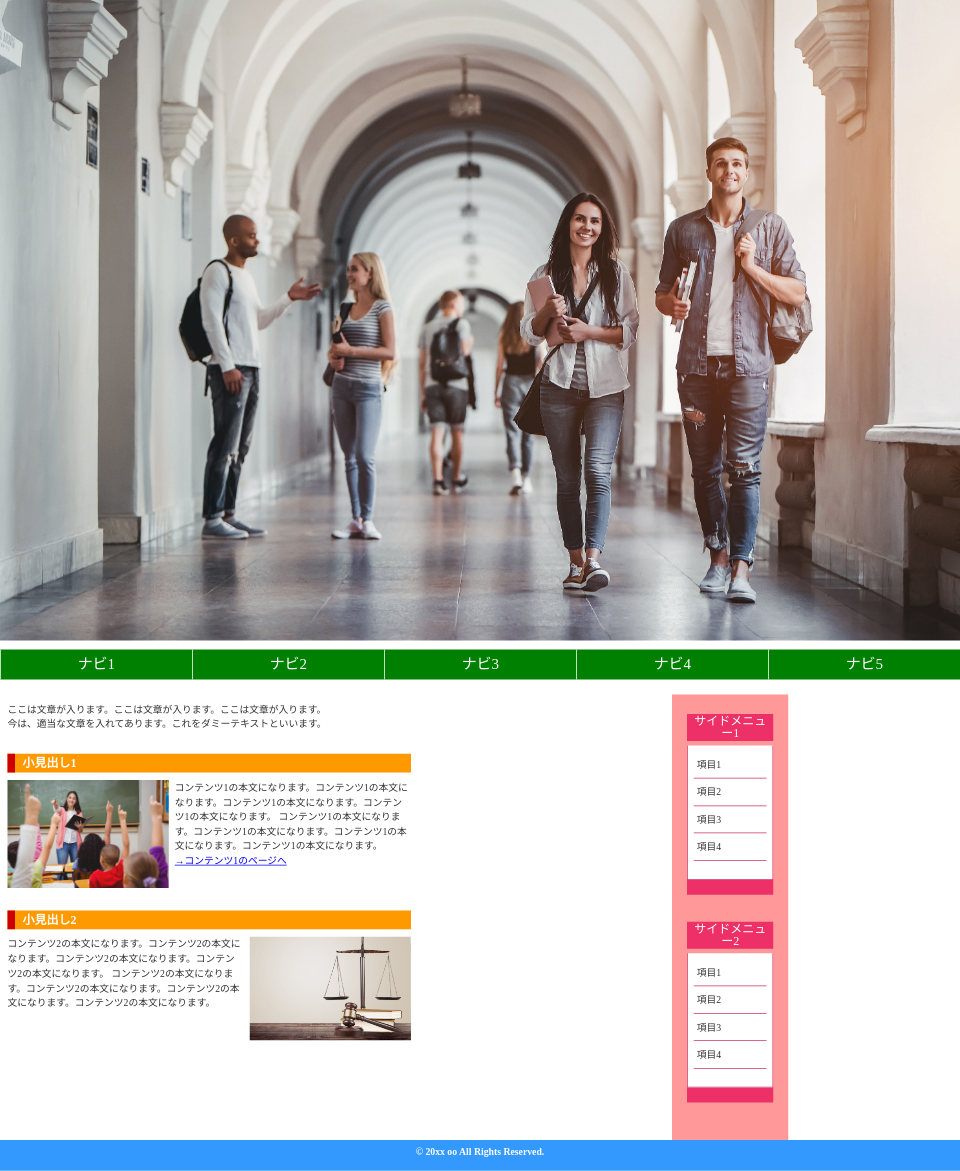
Repository: BenBen-san/Typing-Game
Page: home.html
The author's editor kept a record of every edit. The page is drawn from the files as they stood at one moment, then again after the next edit.
The browser window is 1280 px wide. The pictures show the whole page, at 75% of full size.

Above is the page before.

After the next edit:
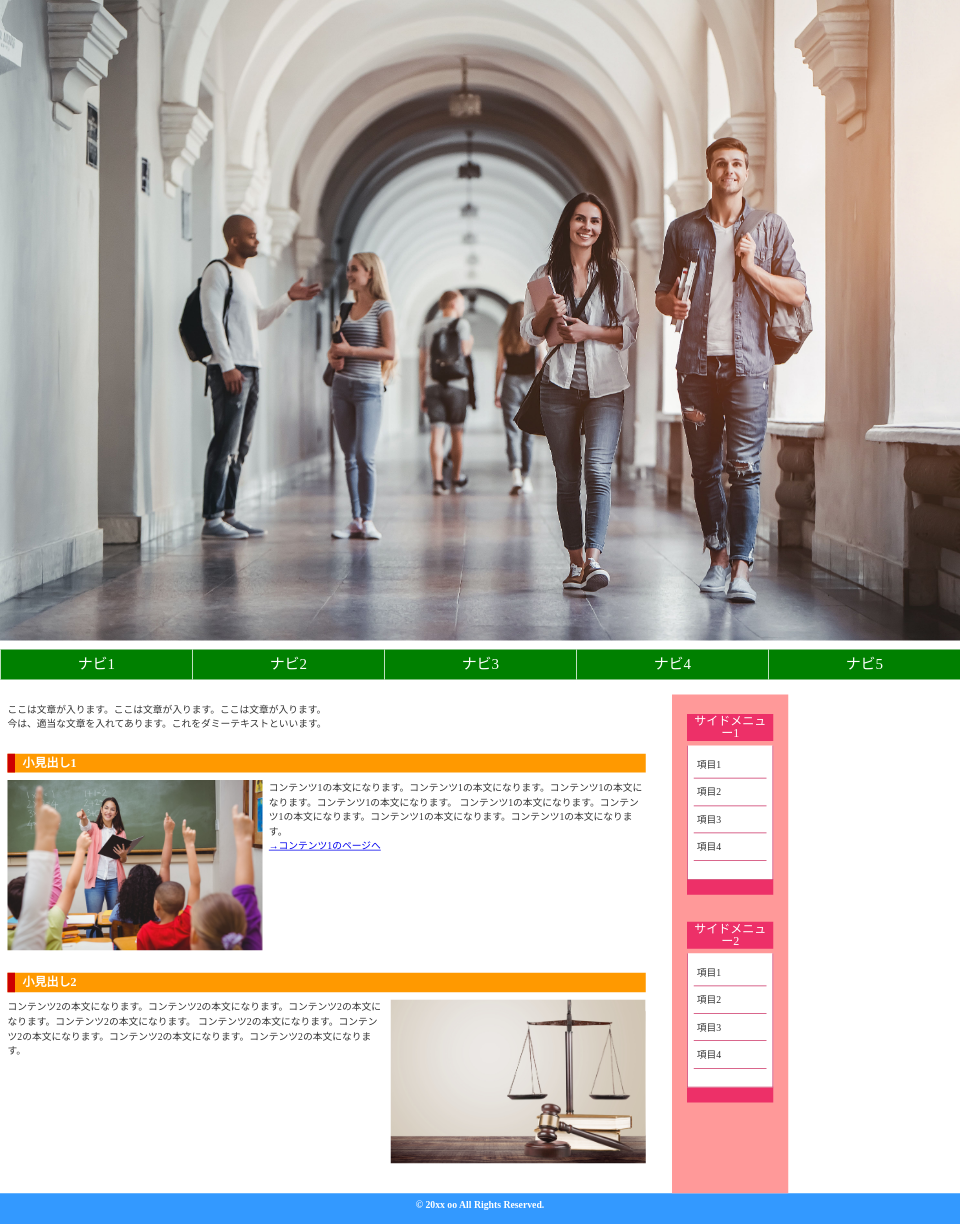
The edit:
--- a/stylesheet.css
+++ b/stylesheet.css
@@ -85,10 +85,9 @@
     grid-template-columns: 70vw 30vw;
 }
 
-/* ---------------- container ---------------- */
+/* ---------------- main ---------------- */
 #main{
-    float: left;
-    width: 60%;
+    width: 95%;
     padding: 10px 30px 10px 10px;
 }
 #main h2{
